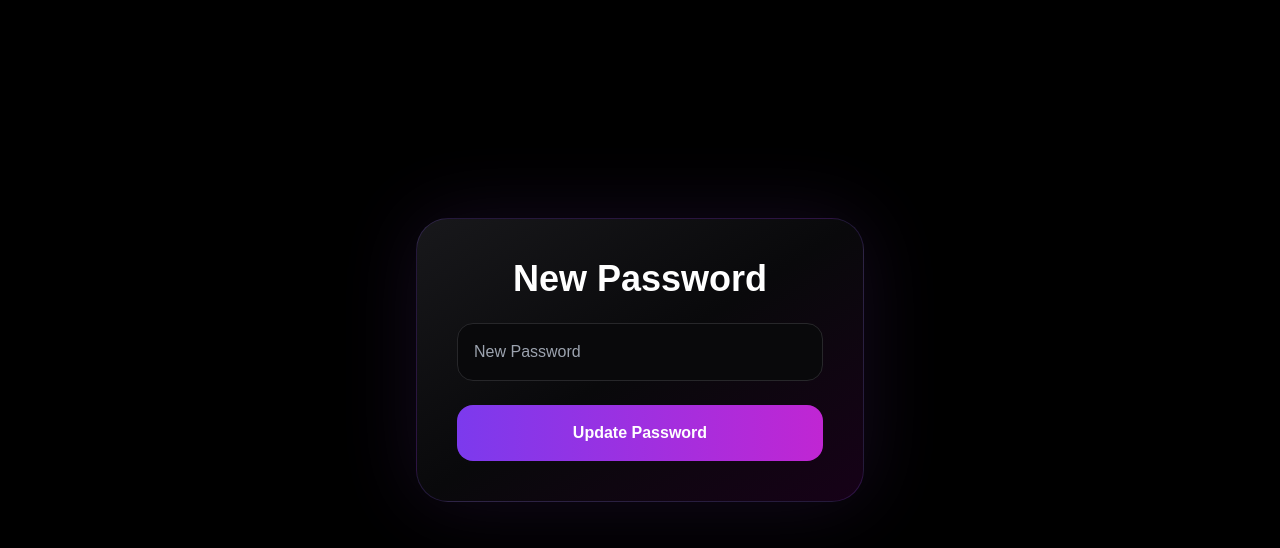
Repository: Maykal-Projects/Otakuflow
Page: /reset-password
The author's editor kept a copy of each file at every save. The page is drawn from the files as they stood at one save, then again after the next save.
The browser window is 1280 px wide. The pictures show the whole page.
The project was rebuilt for these pictures with package versions that can differ from the ones it lists, and the page was loaded fresh each time. The framework's server and built-in components were replaced by stand-ins that run in the browser. Also part of the build but not shown: next.config.ts.

Above is the page before, as saved 2026-05-30 15:34:02.

### app/layout.tsx
import "./globals.css";

import type { Metadata } from "next";

import { Toaster } from "react-hot-toast";

export const metadata = {

  title: "Otakuflorist",

  applicationName:
    "Otakuflorist",

  description:
    "Track anime, build your library and discover trending shows.",

};

export const viewport = {
  themeColor: "#07010f",
  colorScheme: "dark",
  viewportFit: "cover",
};

export default function RootLayout({
  children,
}: Readonly<{
  children: React.ReactNode;
}>) {
  return (
    <html
  lang="en"
  suppressHydrationWarning
>
      <body className="bg-[#07010f]">
        {children}

        <Toaster
  position="top-center"
  toastOptions={{
    duration: 2500,

    style: {
      background:
        "rgba(15,15,20,0.95)",

      color: "#fff",

      border:
        "1px solid rgba(255,255,255,0.08)",

      borderRadius:
        "22px",

      padding:
        "18px 22px",

      backdropFilter:
        "blur(18px)",

      fontWeight:
        "800",

      boxShadow:
        "0 10px 60px rgba(0,0,0,0.5)",
    },

    success: {
      iconTheme: {
        primary:
          "#a855f7",
        secondary:
          "#fff",
      },
    },
  }}
/>
      </body>
    </html>
  );
}

### app/reset-password/page.tsx
"use client";

import { useState } from "react";

import { supabase } from "@/lib/supabase";

export default function ResetPasswordPage() {

  const [password, setPassword] =
    useState("");

  const [loading, setLoading] =
    useState(false);

  const [done, setDone] =
    useState(false);

async function updatePassword() {

  if (!password) return;

  setLoading(true);

  const { data, error } =
    await supabase.auth.updateUser({
      password,
    });

  console.log(data);
  console.log(error);

  if (error) {

    alert(error.message);

    setLoading(false);

    return;
  }

  setDone(true);

  setLoading(false);
}

  return (
    <main className="min-h-screen bg-black text-white flex items-center justify-center px-6">

      <div className="relative overflow-hidden w-full max-w-md rounded-[32px] border border-violet-500/20 bg-gradient-to-br from-zinc-900 via-zinc-950 to-fuchsia-950/30 p-10 shadow-[0_0_80px_rgba(168,85,247,0.12)]">

        <h1 className="text-4xl font-black mb-6 text-center">
          New Password
        </h1>

        {done ? (

        <div className="text-center">

  <div className="w-20 h-20 rounded-full bg-green-500/10 border border-green-500/20 flex items-center justify-center mx-auto mb-6 text-3xl">
    ✓
  </div>

  <h2 className="text-3xl font-black mb-3">
    Password Updated
  </h2>

  <p className="text-zinc-400 mb-8">
    Your password was changed successfully.
  </p>

  <button
    onClick={() =>
      window.location.href = "/login"
    }
    className="w-full py-4 rounded-2xl bg-gradient-to-r from-violet-600 to-fuchsia-600 font-bold"
  >
    Back To Login
  </button>

</div>

        ) : (

          <>

            <input
              type="password"
              placeholder="New Password"
              value={password}
              onChange={(e) =>
                setPassword(e.target.value)
              }
              className="w-full bg-zinc-950 border border-zinc-800 rounded-2xl px-4 py-4 mb-6 outline-none"
            />

            <button
              onClick={updatePassword}
              disabled={loading}
              className="w-full py-4 rounded-2xl bg-gradient-to-r from-violet-600 to-fuchsia-600 font-bold"
            >
              {loading
                ? "Updating..."
                : "Update Password"}
            </button>

          </>

        )}

      </div>

    </main>
  );
}

### app/globals.css
@tailwind base;
@tailwind components;
@tailwind utilities;

html,
body {
  background: #07010f !important;
  color: white;
  font-family: Arial, Helvetica, sans-serif;
  min-height: 100%;
  width: 100%;
  overflow-x: hidden;
  overflow-y: auto;
}

body {
  position: relative;
}

@keyframes spinSlow {
  from {
    transform: rotate(0deg);
  }

  to {
    transform: rotate(360deg);
  }
}

.animate-spin-slow {
  animation: spinSlow 8s linear infinite;
}

### lib/supabase.ts
import { createClient } from "@supabase/supabase-js";

const supabaseUrl =
  process.env.NEXT_PUBLIC_SUPABASE_URL || "";

const supabaseAnonKey =
  process.env.NEXT_PUBLIC_SUPABASE_ANON_KEY || "";

export const supabase = createClient(
  supabaseUrl,
  supabaseAnonKey
);

### tailwind.config.js
/** @type {import('tailwindcss').Config} */
module.exports = {
  content: [
    "./app/**/*.{js,ts,jsx,tsx}",
    "./components/**/*.{js,ts,jsx,tsx}",
  ],
  theme: {
    extend: {},
  },
  plugins: [],
};

After the next save:
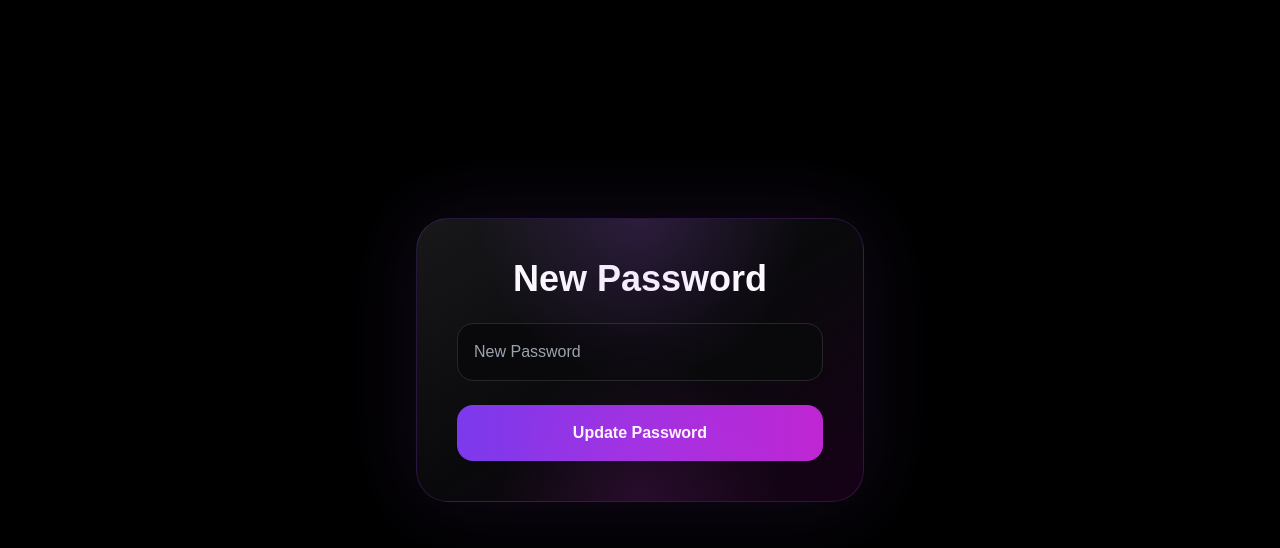
Saved 26 s later.
--- a/app/reset-password/page.tsx
+++ b/app/reset-password/page.tsx
@@ -46,7 +46,13 @@ async function updatePassword() {
   return (
     <main className="min-h-screen bg-black text-white flex items-center justify-center px-6">
 
+
       <div className="relative overflow-hidden w-full max-w-md rounded-[32px] border border-violet-500/20 bg-gradient-to-br from-zinc-900 via-zinc-950 to-fuchsia-950/30 p-10 shadow-[0_0_80px_rgba(168,85,247,0.12)]">
+
+<div className="absolute inset-0 bg-[radial-gradient(circle_at_top,rgba(168,85,247,0.18),transparent_45%),radial-gradient(circle_at_bottom,rgba(217,70,239,0.12),transparent_40%)] pointer-events-none" />
+
+<div className="relative z-10"></div>
+
 
         <h1 className="text-4xl font-black mb-6 text-center">
           New Password
